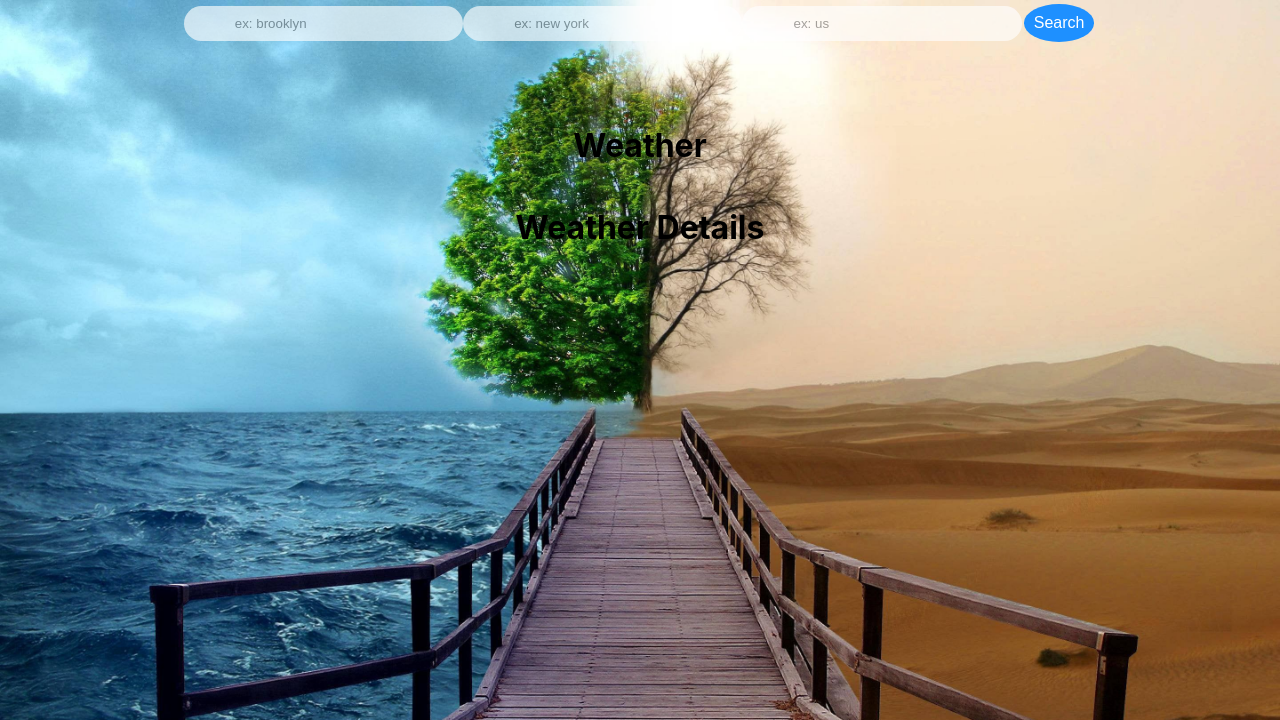
Repository: Mohsin231/Weather_App
Page: /
The author's editor kept a copy of each file at every save. The page is drawn from the files as they stood at one save, then again after the next save.
The browser window is 1280 px wide. The pictures show the whole page.
The project was rebuilt for these pictures with package versions that can differ from the ones it lists, and the page was loaded fresh each time.

Above is the page before, as saved 2021-01-25 04:27:19.

After the next save:
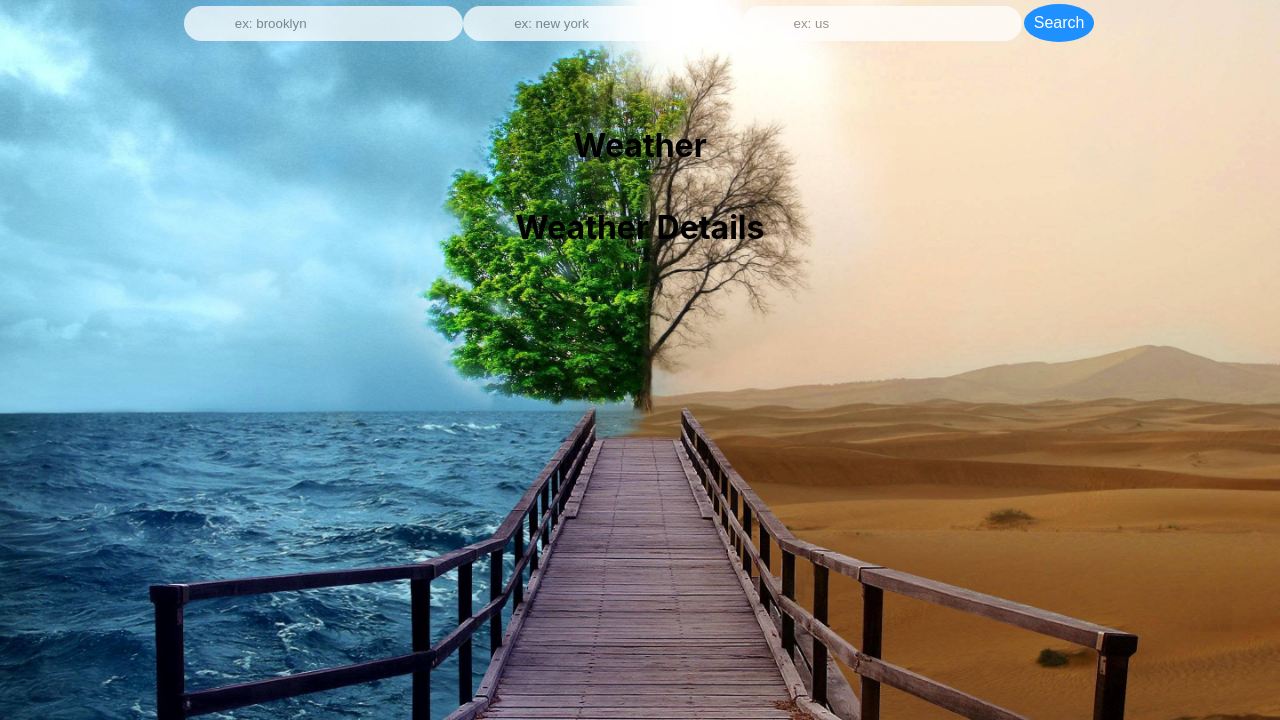
Saved 16 s later.
--- a/src/SearchForm.css
+++ b/src/SearchForm.css
@@ -4,7 +4,7 @@
     border-radius: 20px;
     border: none;
     margin-bottom: 5%;
-    opacity: 0.65;
+    opacity: 0.75;
 
 }
 .button {
